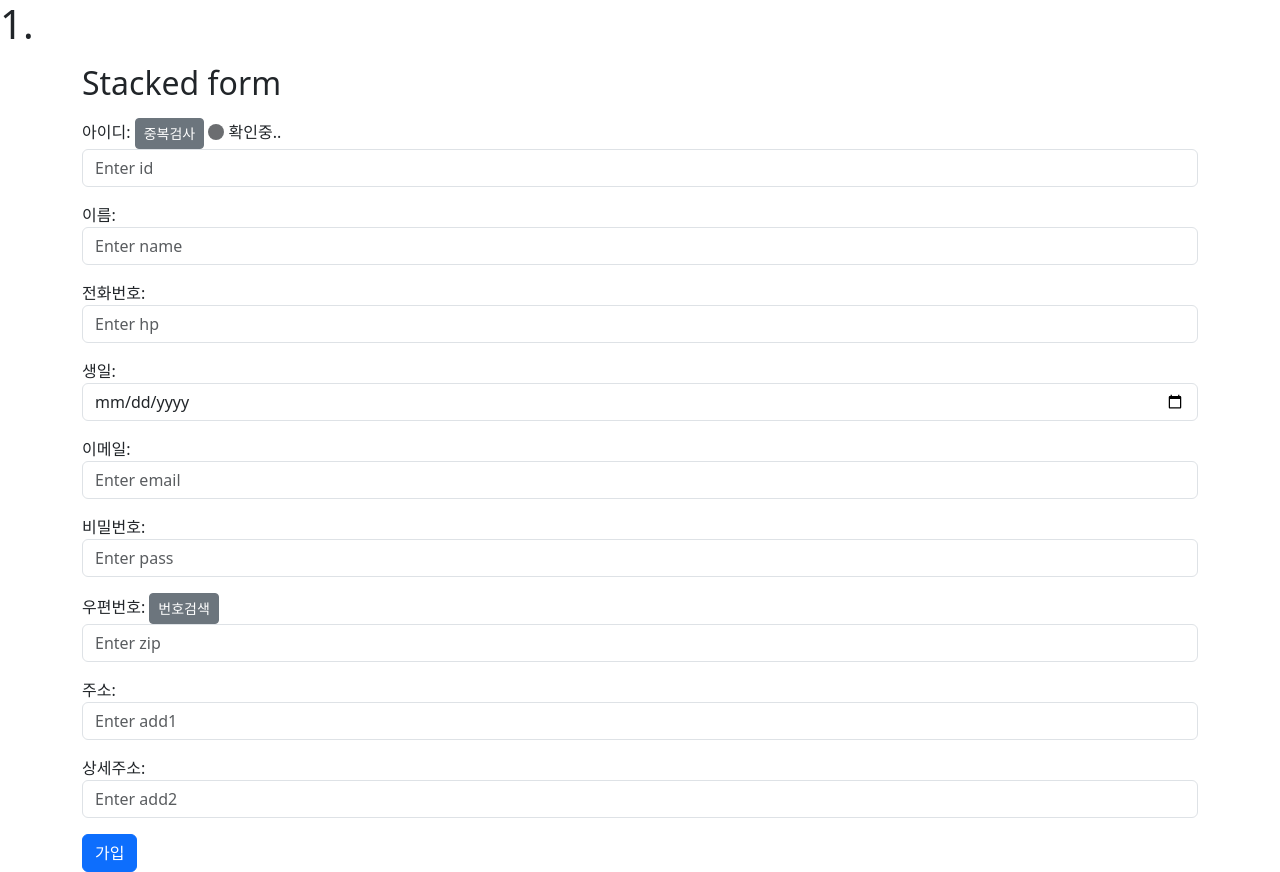
Repository: prawniel99/05_JQuery
Page: workspace/jqpro/WebContent/비동기6_ajax/join.html
An editor plug-in stored every save of this project. The page is shown before and after a run of saves, followed by the edit.
The browser window is 1280 px wide. The pictures show the whole page.

Above is the page before, as saved 2024-08-29 03:32:03.

After the next 2 saves:
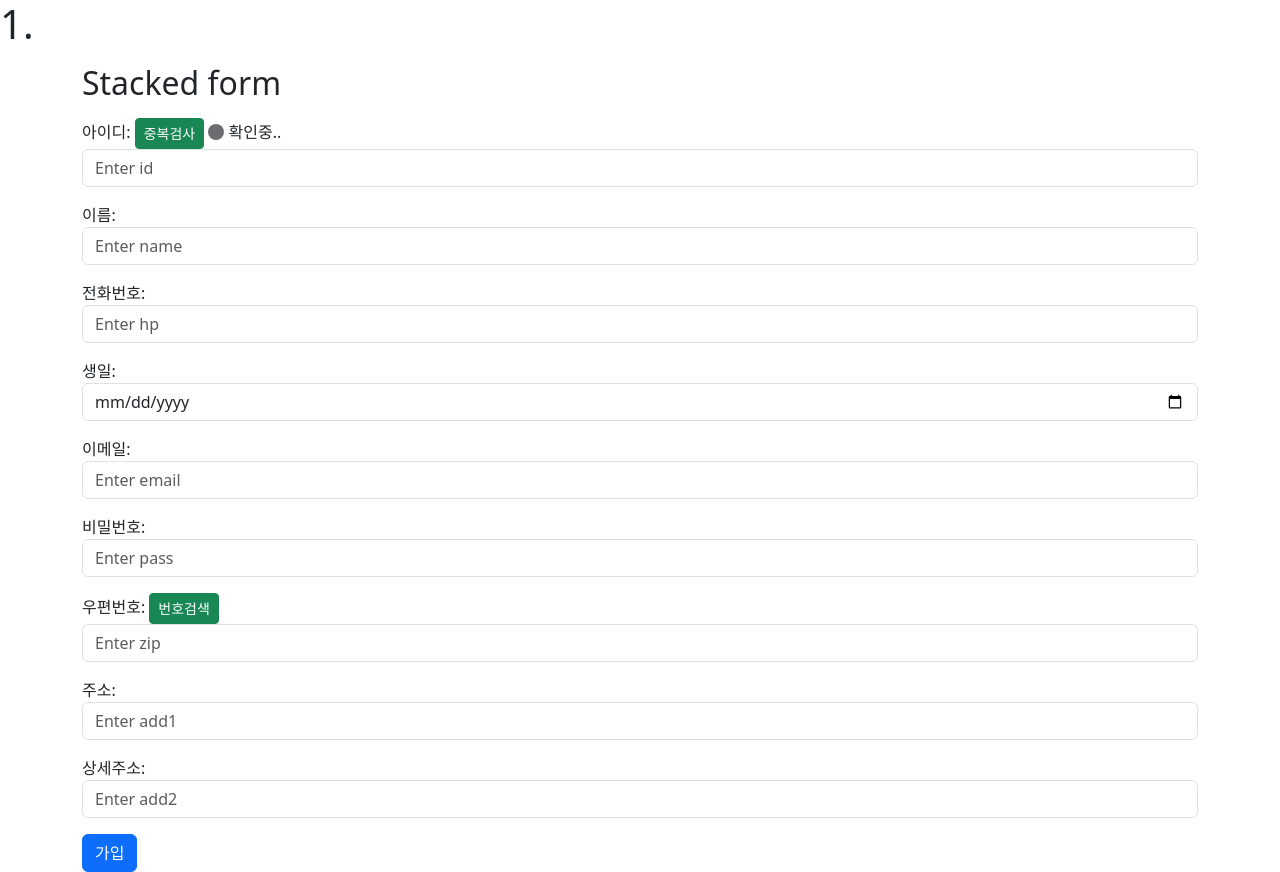
The 2 saves are shown as one change because they came seconds apart.
The last was saved 25 s later.
--- a/workspace/jqpro/WebContent/비동기6_ajax/join.html
+++ b/workspace/jqpro/WebContent/비동기6_ajax/join.html
@@ -35,7 +35,7 @@
 			<h2>Stacked form</h2>
 			<form>
 				<div class="mb-3 mt-3">
-					<label for="id">아이디:</label> <input type="button" value="중복검사" id="idcheck"  class="btn btn-secondary btn-sm">
+					<label for="id">아이디:</label> <input type="button" value="중복검사" id="idcheck"  class="btn btn-success btn-sm">
 					<span class="spinner-grow spinner-grow-sm"></span> 확인중..
 					<input type="text" class="form-control" id="id" placeholder="Enter id" name="mem_id"> <!-- name은 db와 일치시킨 VO와 일치시켜야 한다 -->
 				</div>
@@ -67,7 +67,7 @@
 
 				<div class="mb-3 mt-3">
 					<label for="zip">우편번호:</label>
-					<input type="button" value="번호검색" id="idcheck"  class="btn btn-secondary btn-sm">
+					<input type="button" value="번호검색" id="idcheck"  class="btn btn-success btn-sm">
 					<input type="text" class="form-control" id="zip" placeholder="Enter zip" name="mem_zip"> <!-- name은 db와 일치시킨 VO와 일치시켜야 한다 -->
 				</div>
 
